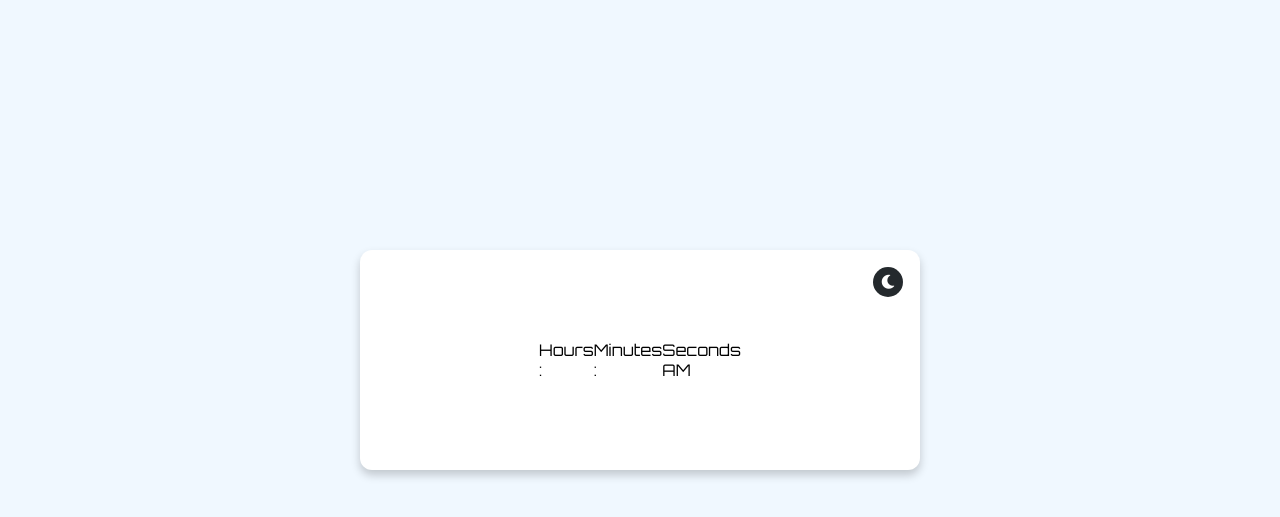
Repository: Seva2705/Clock
Page: index.html
An editor plug-in stored every save of this project. The page is shown before and after a run of saves, followed by the edit.
The browser window is 1280 px wide. The pictures show the whole page.

Above is the page before, as saved 2023-08-06 19:38:43.

### index.html
<!DOCTYPE html>
<html lang="en">
<head>
    <meta charset="UTF-8">
    <meta http-equiv="X-UA-Compatible" content="IE=edge">
    <meta name="viewport" content="width=device-width, initial-scale=1.0">
    <title>Clock</title>
    <link rel='stylesheet' href='https://cdnjs.cloudflare.com/ajax/libs/font-awesome/5.15.4/css/all.min.css'>
    <link rel="stylesheet" href="style.css">
</head>
<body>
    <section>

        <div class="container">
            <div class="icons">
                <i class="fas fa-moon"></i>
                <i class="fas fa-sun"></i>
            </div>
            <div class="time">
                <div class="time-colon">
                    <div class="time-text">
                        <span class="num hour_num"></span>
                        <span class="text">Hours</span>
                    </div>
                    <span class="colon">:</span>
                </div>
                <div class="time-colon">
                    <div class="time-text">
                        <span class="num min_num"></span>
                        <span class="text">Minutes</span>
                    </div>
                    <span class="colon">:</span>
                </div>
                <div class="time-colon">
                    <div class="time-text">
                        <span class="num sec_num"></span>
                        <span class="text">Seconds</span>
                    </div>
                    <span class="am_pm">AM</span>
                </div>
            </div>
        </div>
    </section>


    <script src="script.js"></script>

</body>
</html>

### style.css
@import url('https://fonts.googleapis.com/css2?family=Orbitron:wght@400;500;600;700&display=swap');


* {
    margin: 0;
    padding: 0;
    box-sizing: border-box;
    font-family: 'Orbitron', sans-serif;
    transition: all 0.4s ease;
}

section {
    min-height: 100vh;
    width: 100%;
    display: flex;
    align-items: center;
    justify-content: center;
    background: #F0F8FF;
    padding: 0 20px;
}

section.dark {
    background: #24292D;
}

.container {
    display: flex;
    align-items: center;
    justify-content: center;
    height: 220px;
    max-width: 560px;
    width: 100%;
    background: #fff;
    box-shadow: 0 5px 10px rgba(0, 0, 0, 0.2);
    border-radius: 12px;
    position: relative;
}

section.dark .container {
    background: #323840;
}

section .container .icons i {
    position: absolute;
    right: 17px;
    top: 17px;
    height: 30px;
    width: 30px;
    background: #24292D;
    color: #fff;
    text-align: center;
    line-height: 30px;
    border-radius: 50%;
    font-size: 14px;
    cursor: pointer;
}

section.dark .container .icons i {
    background: #fff;
    color: #323840;
}

.container .icons i.fa-sun {
    opacity: 0;
    pointer-events: none;
}

section.dark .container .icons i.fa-sun {
    opacity: 1;
    pointer-events: auto;
    font-style: 16px;
}

section .container .time {
    display: flex;
    align-items: center;
}

Loaded but not shown: script.js (no copy from this time; the picture is the same without it)

After the next 6 saves:
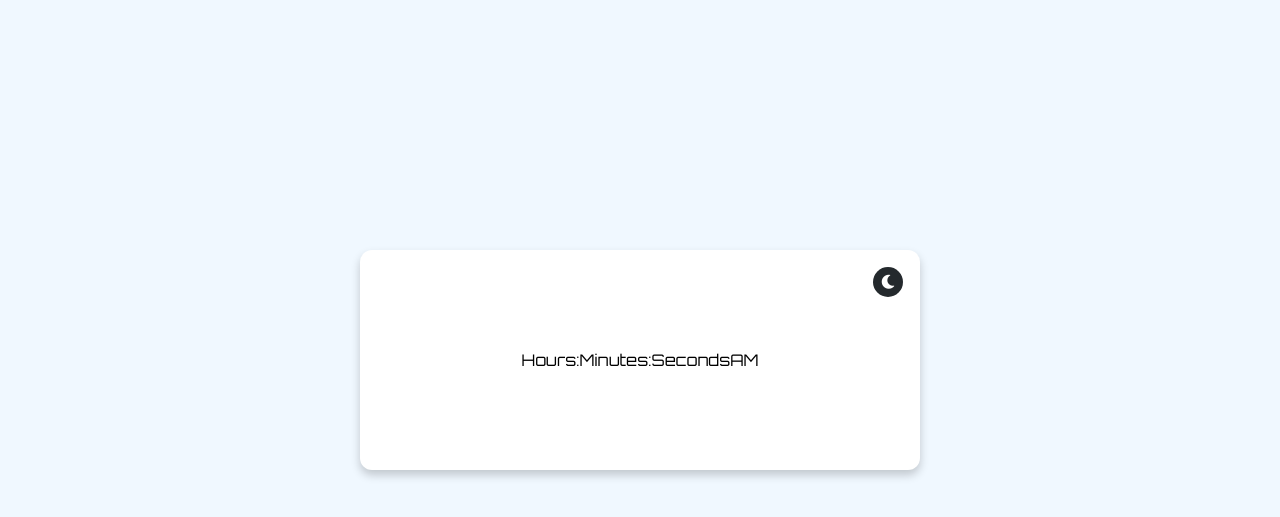
The 6 saves are shown as one change because they came seconds apart.
The last was saved 18 s later.
--- a/style.css
+++ b/style.css
@@ -75,3 +75,9 @@ section .container .time {
     display: flex;
     align-items: center;
 }
+
+.time-colon {
+    display: flex;
+    align-items: center;
+    position: relative;
+}
